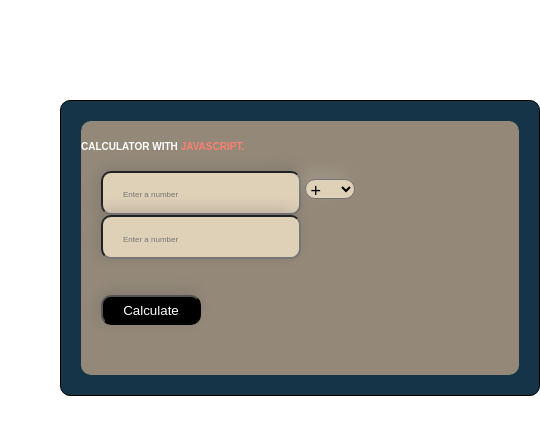
Repository: isaacCodes1/Calculator-with-js
Page: index2.html
The author's editor kept a copy of each file at every save. The page is drawn from the files as they stood at one save, then again after the next save.
The browser window is 375 px wide. The page is 540 px wide, then 490 px, so the pictures cover 540 px, including what lies to the right of the window. The pictures show the whole page.
Some web fonts or font styles are not loaded; a fallback is used.

Above is the page before, as saved 2024-04-22 15:25:04.

### index2.html
<!DOCTYPE html>
<html lang="en">
  <head>
    <meta charset="UTF-8" />
    <meta name="viewport" content="width=device-width, initial-scale=1.0" />
    <title>Arithmetic Calculator</title>
    <link
      href="https://fonts.cdnfonts.com/css/scientific-calculator-lcd"
      rel="stylesheet"
    />

    <link rel="stylesheet" href="style.css" />
    <link rel="stylesheet" href="mediaquery.css">
  </head>
  <body>
    <main>
      <div class="numm">
        <h1 class="he">CALCULATOR WITH <span class="red">JAVASCRIPT.</span></h1>
        <div class="genDiv">
          <input
            class="num1"
            type="number"
            id="num1"
            placeholder="Enter a number"
            style="font-size: 12px"
          />
          <select class="addition" id="operator">
            <option class="opt" value="add">+</option>
            <option class="opt" value="subtract">-</option>
            <option class="opt" value="multiply">*</option>
            <option class="opt" value="divide">/</option>
          </select>
          <input
            class="num7"
            type="number"
            id="num2"
            placeholder="Enter a number"
            /> <br> <br> <br>
          <button class="cal" onclick="calculate()">Calculate</button>
          <div class="copy">
          <p>CopyRight &#169; Damicodez.</p>
        </div>
        </div>
      </div>
      <script src="script.js"></script>
    </main>
  </body>
</html>

### style.css
* {
  margin: 0;
  padding: 0;
  box-sizing: border-box;
  font-family: "Scientific Calculator LCD", sans-serif;
}
.genDiv {
  background: #948979;
  border-radius: 10px;
  padding: 50px 50px;
}

.main {
  background-color: #dfd0b8;
}
.numm {
  position: absolute;
  top: 200px;
  left: 300px;
  width: 900px;
  border: 1px solid;
  border-radius: 10px;
  background: #153448;
  padding-left: 100px;
  padding-bottom: 100px;
  padding-right: 100px;
  padding-top: 100px;
}
.he {
  color: #fff;
  position: absolute;
  top: 20px;
  font-weight: 900;
  font-style: normal;
}
.red {
  color: salmon;
  font-weight: 900;
}
.num1 {
  width: 200px;
  box-shadow: -8px -8px 15px rgba(255, 255, 255, 0.1),
    -5px -5px 15px rgba(0, 0, 0, 0.2);
  background: #dfd0b8;
  height: 40px;
  border-radius: 10px;
  padding: 20px;
  outline: none;
}
.num1::placeholder {
  font-size: 10px;
}
.opt {
  background: #000;
  color: #fff;
  outline: none;
}
.addition {
  width: 50px;
  box-shadow: -8px -8px 15px rgba(255, 255, 255, 0.1);
  background: #dfd0b8;
  height: 20px;
  border-radius: 10px;
  font-size: 18px;
}
.num7 {
  width: 200px;
  box-shadow: -8px -8px 15px rgba(255, 255, 255, 0.1),
    -5px -5px 15px rgba(0, 0, 0, 0.2);
  background: #dfd0b8;
  height: 40px;
  border-radius: 10px;
  padding: 20px;
  outline: none;
}
.num7::placeholder {
  font-size: 10px;
}
.cal {
  width: 100px;
  height: 30px;
  box-shadow: -8px -8px 15px rgba(255, 255, 255, 0.1),
    -5px -5px 15px rgba(0, 0, 0, 0.2);
  background: #000;
  color:  #fff;
  border-radius: 10px;
  padding: 5px;
  transition: 1s ease-in-out;

}
.cal:hover{
    color:#000;
    background-color: #dbdbdb;
    transition: 1s ease-in-out;
    border-radius: 10px;
}
.copy{
    position: absolute;
    top: 350px;
    color: #fff;
}

### mediaquery.css
@media (max-width: 480px) {
  .genDiv {
    padding: 50px 20px;
  }
  .numm {
    top: 100px;
    width: 480px;
    left: 10px;
    padding: 20px;
    margin-left:50px ;
  }
  .num1::placeholder {
    font-size: 8px;
  }
  .num7::placeholder{
    font-size: 8px;
  }
  .he{
    font-size: 10px;
    top: 40px;
  }
}

### script.js
function calculate() {
    var num1 = parseFloat(document.getElementById('num1').value);
    var operator = document.getElementById('operator').value;
    var num2 = parseFloat(document.getElementById('num2').value);

    var result;

    switch (operator) {
      case 'add':
        result = num1 + num2;
        break;
      case 'subtract':
        result = num1 - num2;
        break;
      case 'multiply':
        result = num1 * num2;
        break;
      case 'divide':
        if (num2 !== 0) {
          result = num1 / num2;
        } else {
          console.log('Error: Division by zero');
          return;
        }
        break;
      default:
        console.log('Error: Invalid operator');
        return;
    }



console.log('Result:', result);
}

After the next save:
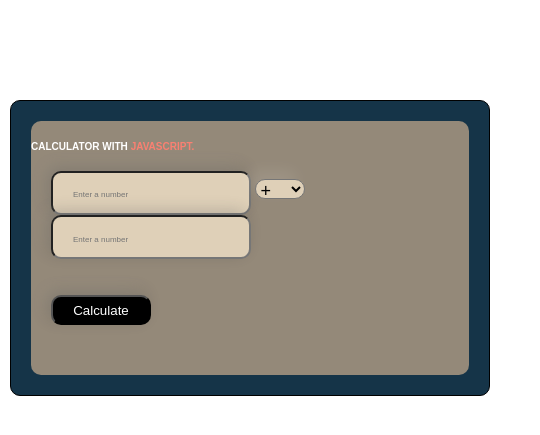
Saved 7 s later.
--- a/mediaquery.css
+++ b/mediaquery.css
@@ -7,7 +7,7 @@
     width: 480px;
     left: 10px;
     padding: 20px;
-    margin-left:50px ;
+    margin-right:50px ;
   }
   .num1::placeholder {
     font-size: 8px;
